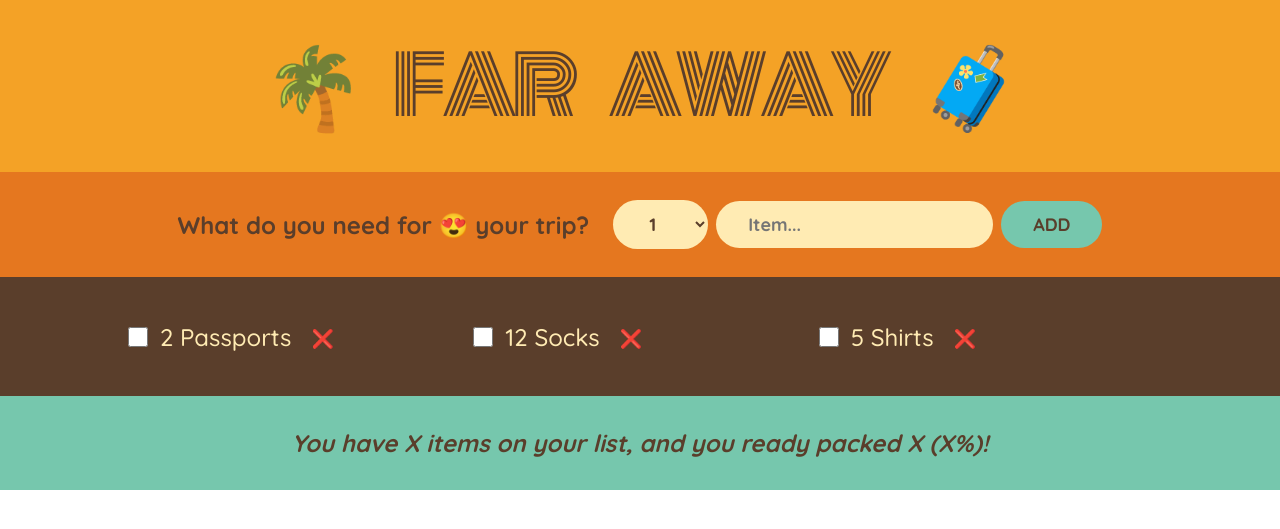
Repository: Wanter56/Travel-List
Page: /
An editor plug-in stored every save of this project. The page is shown before and after the next save, followed by the edit.
The browser window is 1280 px wide. The pictures show the whole page.
The project was rebuilt for these pictures with package versions that can differ from the ones it lists, and the page was loaded fresh each time.

Above is the page before, as saved 2025-11-03 21:31:45.

After the next save:
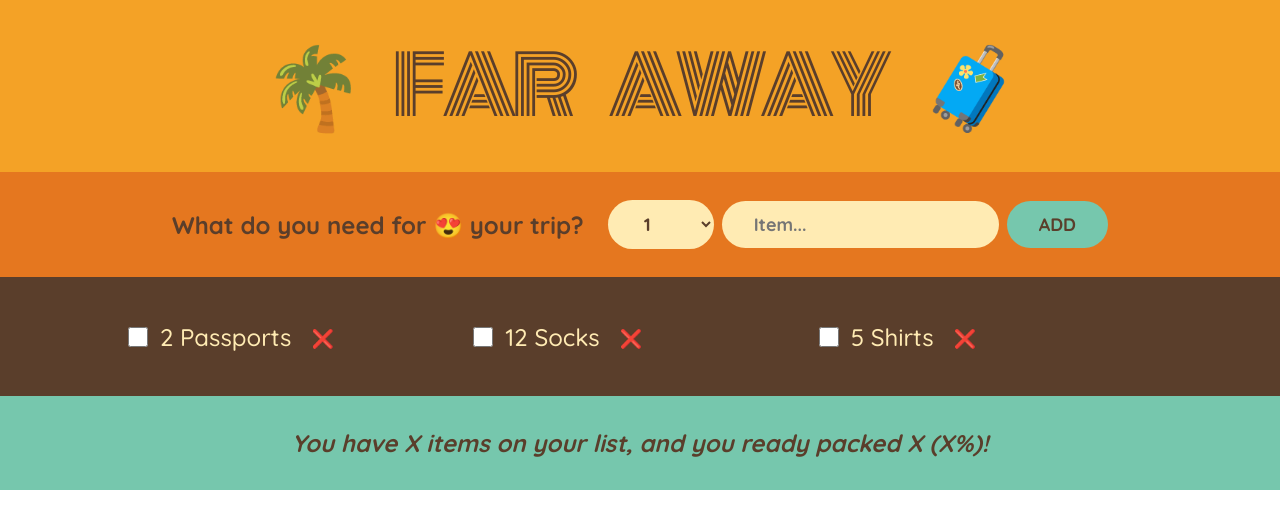
Saved 43 s later.
--- a/src/App.js
+++ b/src/App.js
@@ -21,8 +21,11 @@
     <form className="add-form">
       <h3>What do you need for 😍 your trip?</h3>
       <select>
-        <option value="1">1</option>
-        <option value="2">2</option>
+        {Array.from({ length: 20 }, (_, i) => i + 1).map((num) => (
+          <option value={num} key={num}>
+            {num}
+          </option>
+        ))}
       </select>
       <input type="text" placeholder="Item..." />
       <button>Add</button>
